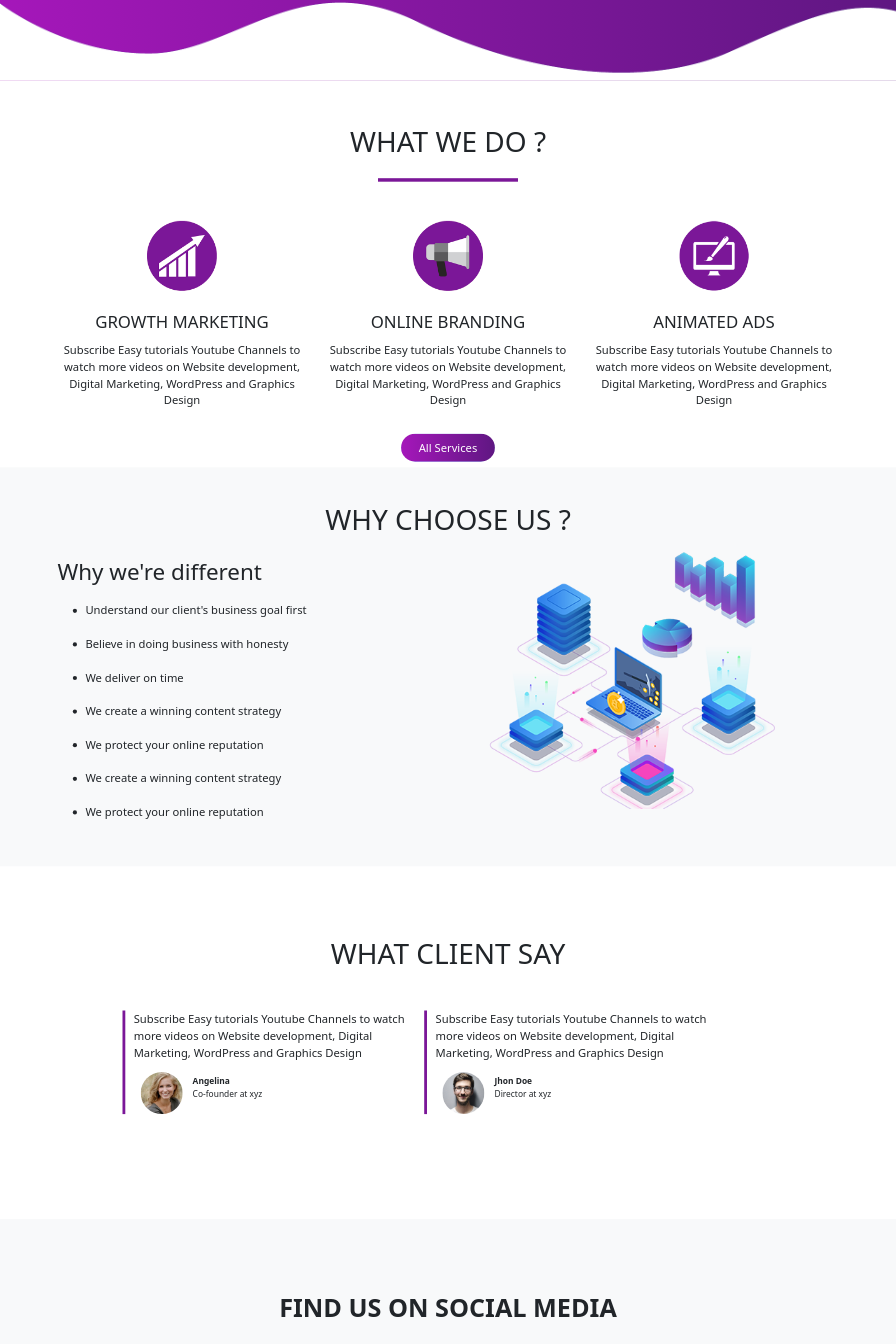
Repository: wadelfadill/Bootstrap_tache_2_website_design
Page: index.html
These files come from the project's save history. The page is drawn as it stood at one moment and after the next save; the edit follows.
The browser window is 1280 px wide. The pictures show the part of the page from y = 601 to 2521 px (the page is 3092 px tall before and 3087 px after), at 70% of full size.
Some web libraries are served in a nearby version.

Above is the page before, as saved 2023-04-06 17:58:33.

After the next save:
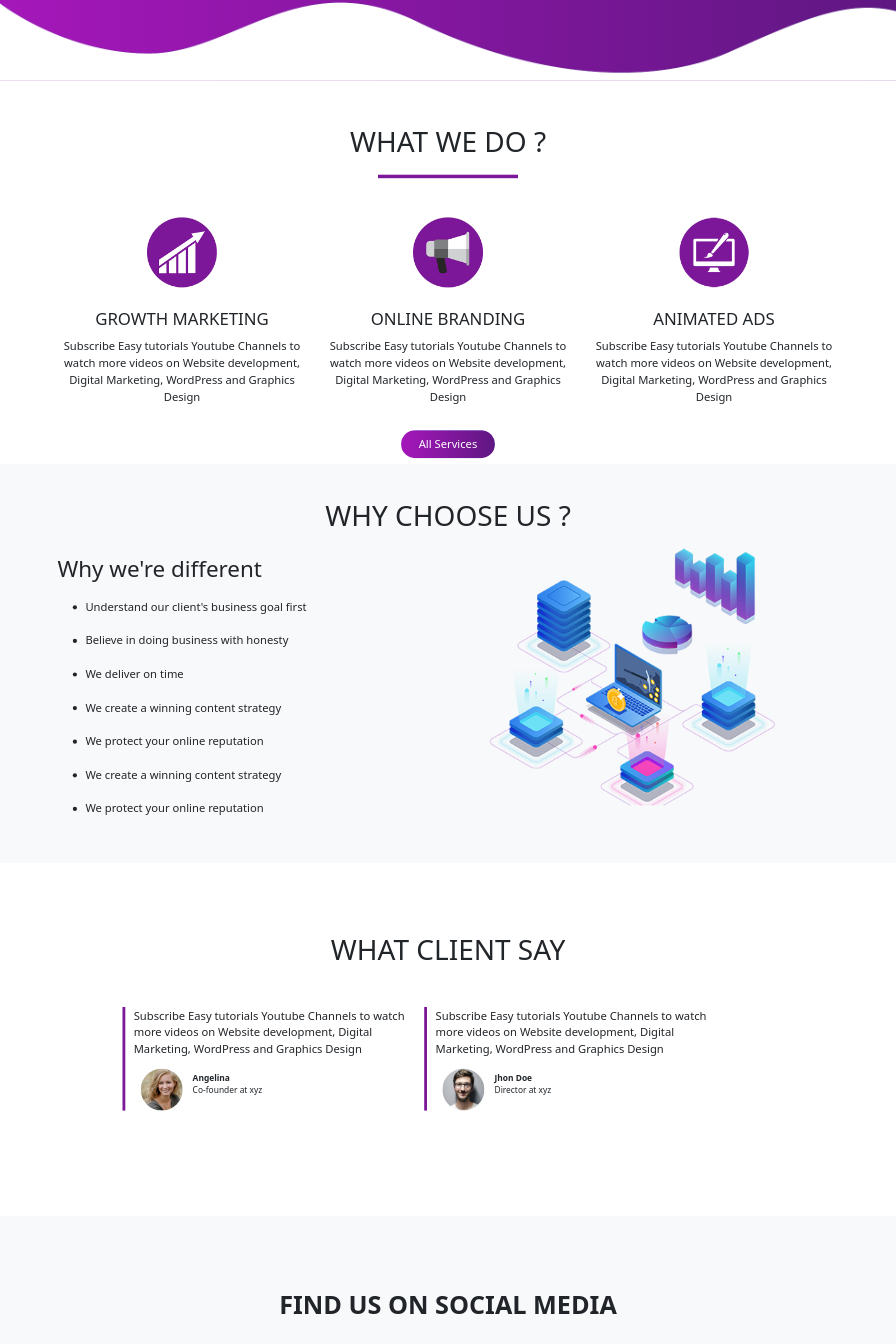
Saved 23 s later.
--- a/style.css
+++ b/style.css
@@ -64,7 +64,7 @@
     margin-left: auto;
     margin-right: auto;
     height: 5px;
-    margin-top: 20px;
+    margin-top: 15px;
 }
 .title-hr::after{
     position: absolute;
